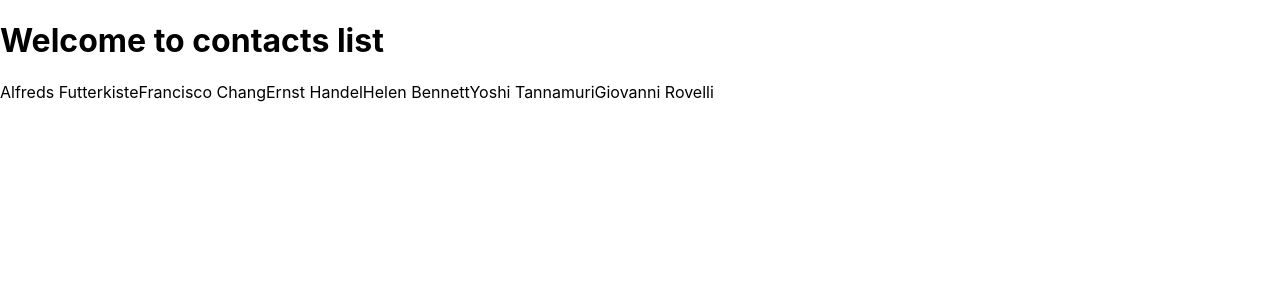
Repository: emorilebo/next-linkedin-training
Page: /contact
The author's editor kept a copy of each file at every save. The page is drawn from the files as they stood at one save, then again after the next save.
The browser window is 1280 px wide. The pictures show the whole page.
The project was rebuilt for these pictures with package versions that can differ from the ones it lists, and the page was loaded fresh each time. The framework's server and built-in components were replaced by stand-ins that run in the browser. Also part of the build but not shown: next.config.js.

Above is the page before, as saved 2022-12-26 07:51:53.

### pages/contact/index.js
import Link from "next/link";
import React from "react";
import contacts from "../api/contacts";

export default function ContactsList() {

  return <div>
    <h1>Welcome to contacts list</h1>
    <div>{contacts.map(contact =>(
        <Link href="/">{contact.name}</Link>
    ))}</div>
  </div>;
}

### pages/api/contacts.js
export default [
    {
        id: 'alfreds-futterkiste',
        name:'Alfreds Futterkiste',
        country: 'Germany'
    },
    {
        id: 'francisco-chang',
        name:'Francisco Chang',
        country: 'Mexico'
    },
    {
        id: 'ernst-handel',
        name:'Ernst Handel',
        country: 'Austria'
    },
    {
        id: 'helen-bennett',
        name:'Helen Bennett',
        country: 'UK'
    },
    {
        id: 'yoshi-tannamuri',
        name:'Yoshi Tannamuri',
        country: 'Canada'
    },
    {
        id: 'giovanni-rovelli',
        name:'Giovanni Rovelli',
        country: 'Italy'
    }
]

Loaded but not shown: pages/_app.js (common file); styles/globals.css (common file)

After the next save:
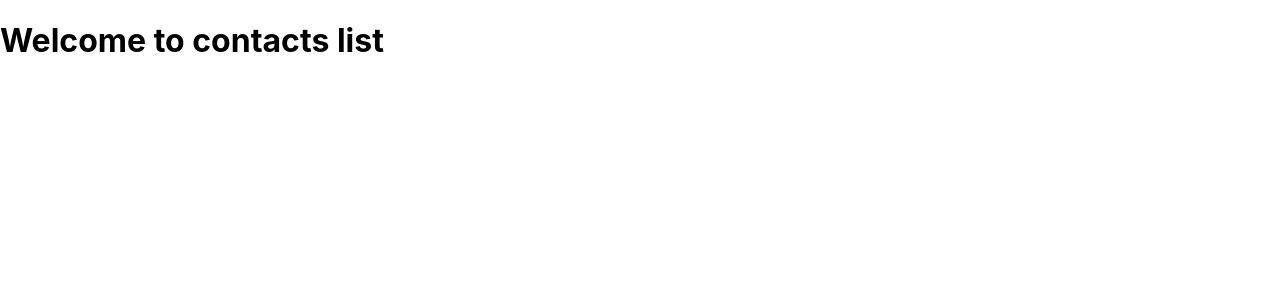
Saved 18 s later.
--- a/pages/contact/index.js
+++ b/pages/contact/index.js
@@ -7,7 +7,9 @@ export default function ContactsList() {
   return <div>
     <h1>Welcome to contacts list</h1>
     <div>{contacts.map(contact =>(
-        <Link href="/">{contact.name}</Link>
+        <Link href="/">
+
+        </Link>
     ))}</div>
   </div>;
 }
